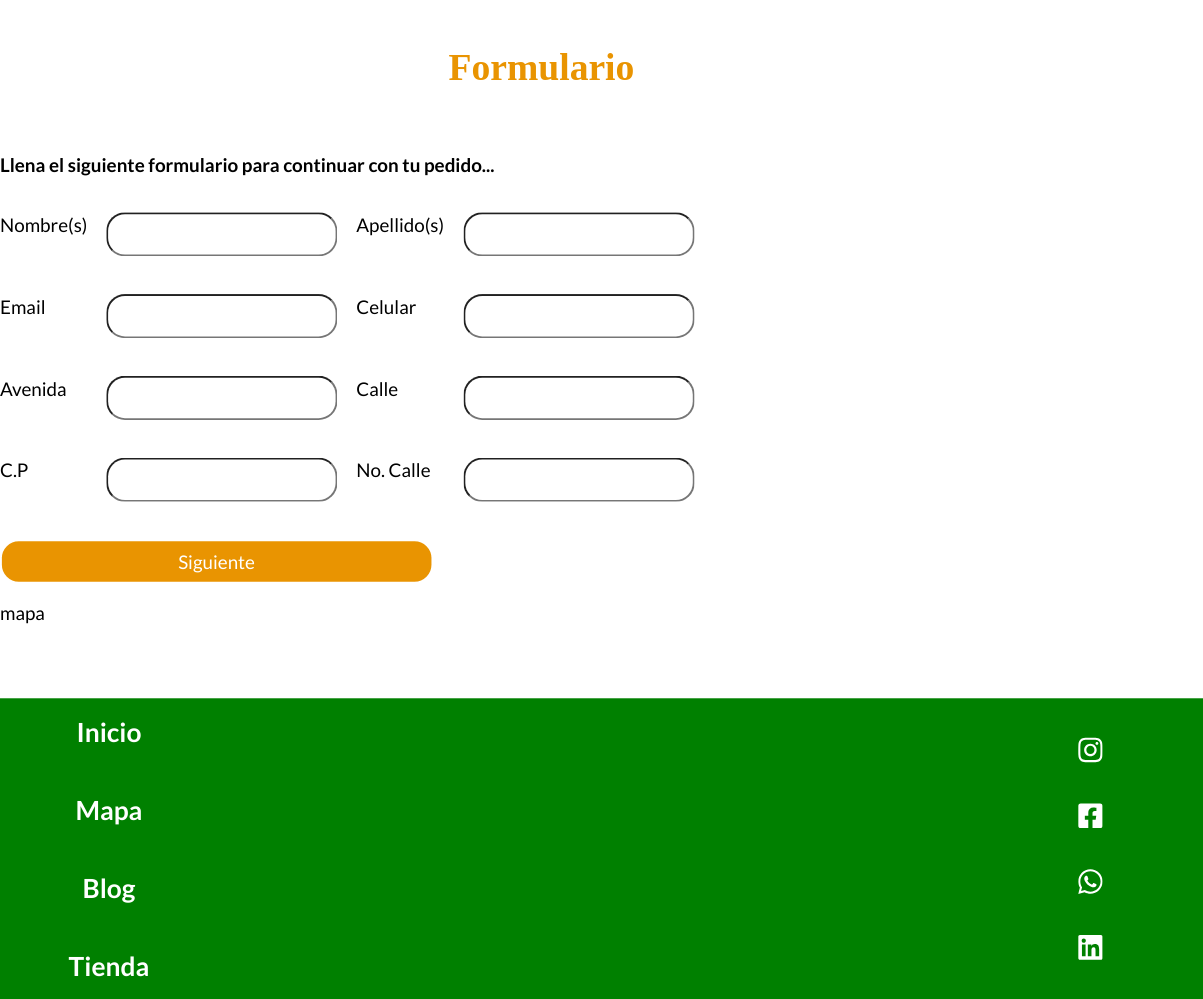
Repository: CarlosCamposRodriguez99/cv-beta-frontend
Page: /mapa
The author's editor kept a copy of each file at every save. The page is drawn from the files as they stood at one save, then again after the next save.
The browser window is 1280 px wide. The pictures show the part of the page from y = 219 to 1282 px (the page is 1282 px tall), at 94% of full size.
Some web fonts or font styles are not loaded; a fallback is used. The project was rebuilt for these pictures with package versions that can differ from the ones it lists, and the page was loaded fresh each time. The framework's server and built-in components were replaced by stand-ins that run in the browser. Also part of the build but not shown: next.config.js.

Above is the page before, as saved 2022-05-06 18:19:22.

After the next save:
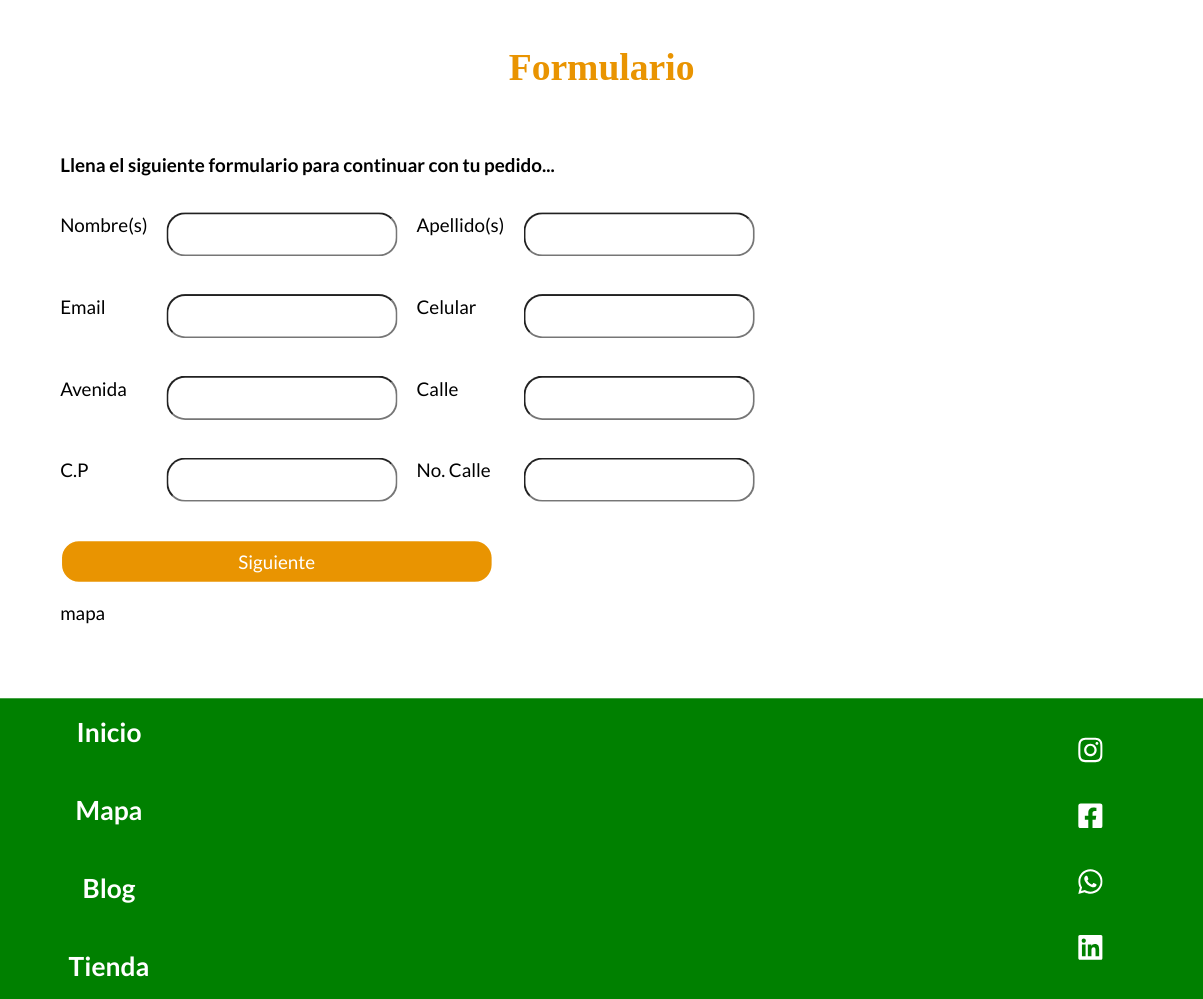
Saved 15 s later.
--- a/styles/Mapa.module.css
+++ b/styles/Mapa.module.css
@@ -26,7 +26,7 @@
 
 .head {
   max-width: 120rem;
-  margin: 0;
+  margin: 0 auto;
   width: 90%;
   display: grid;
 }
